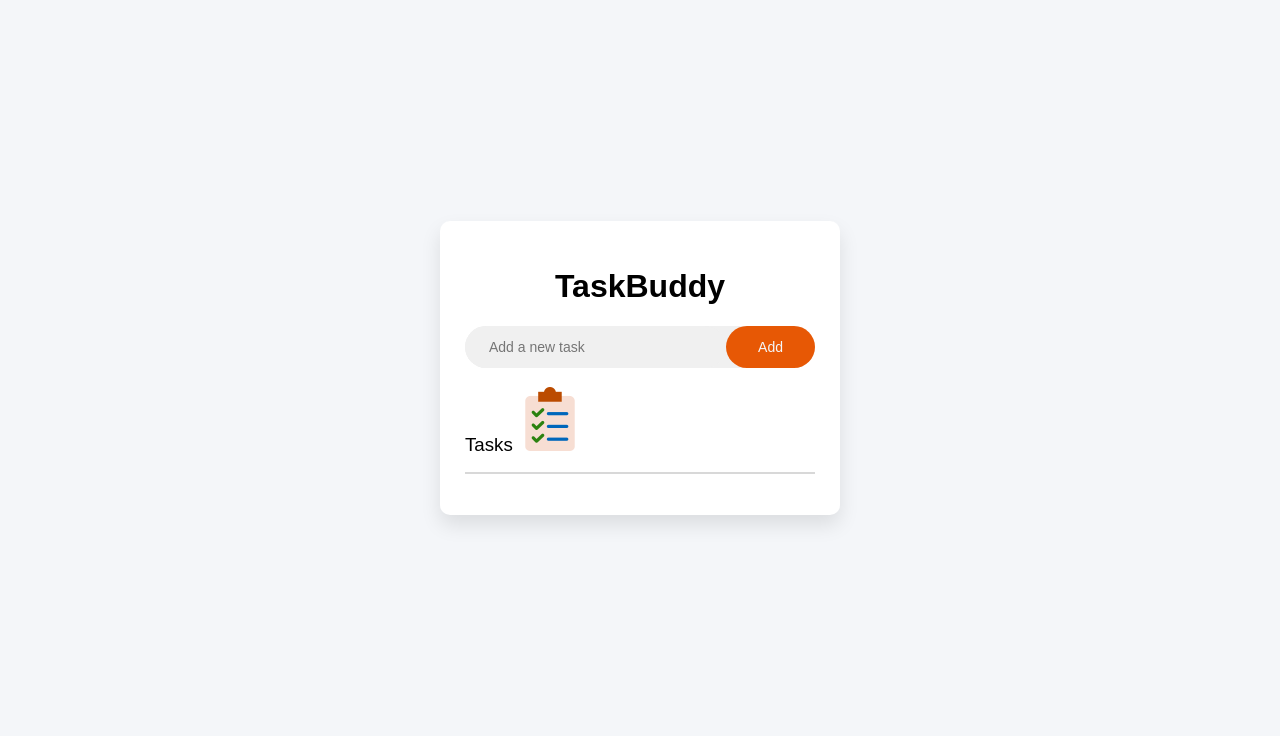
Repository: yogeshnandwani/taskbuddy-todo
Page: index.html
The author's editor kept a copy of each file at every save. The page is drawn from the files as they stood at one save, then again after the next save.
The browser window is 1280 px wide. The pictures show the whole page.

Above is the page before, as saved 2026-03-16 20:21:58.

### index.html
<!DOCTYPE html>
<html lang="en">
<head>
<meta charset="UTF-8">
<title>TaskBuddy</title>
<link rel="stylesheet" href="css/style.css">
</head>

<body>

<div class="app">

<h1>TaskBuddy</h1>

<div class="task-input">
<input type="text" id="taskInput" placeholder="Add a new task">
<button id="addBtn">Add</button>
</div>

<h3 class="task-heading">Tasks <span>
    <img src="images/tasks.png" alt="">
</span></h3>
<ul id="taskList">
</ul>

</div>

<script src="js/script.js"></script>

</body>
</html>

### css/style.css
body{
    font-family: Arial, sans-serif;
    background:#f4f6f9;
    display:flex;
    justify-content:center;
    align-items:center;
    height:100vh;
}

.app{
    background:white;
    padding:25px;
    border-radius:10px;
    width:350px;
    box-shadow:0 10px 20px rgba(0,0,0,0.1);
}

h1{
    text-align:center;
}

.task-input{
    display:flex;
    border-radius: 50px;
    background-color: #f0f0f0;
}

input{
    flex:1;
    padding:8px;
    border: none;
    border-radius: 50px;
    padding: 0.8rem 1.5rem;
    background-color: #f0f0f0;
    font-size: 14px;
}

input:focus{
    outline: none;
}

#addBtn{
    padding:0.8rem 2rem;
    border: none;
    border-radius: 50px;
    background-color: #e75805;
    color: #f4f6f9;
    cursor:pointer;
    font-size: 14px;
}

ul{
    display: flex;
    padding: 0;
    flex-direction: column;
    justify-content: center;
    align-items: center;
    border-top: 1px solid #00000027;
    border-bottom: 1px solid #00000027;
}

.task-heading{
    align-self: flex-start;
    font-weight: 500;
    margin-bottom: 5px;
    color: #000;
}

.task-heading span{
    width: 16px;
}

.task-heading span img{
    width: 64px;
    height: auto;
    object-fit: contain;
}

li{
    display: flex;
    align-items: center;
    padding: 12px 0;
    justify-content: space-between;
    width: 100%;
    display:flex;
    justify-content:space-between;
    color: #333;
}

li:not(:last-child){
    border-bottom: 1px solid #00000027;
}

li .delete {
    width: 1.5rem;
    height: 1.5rem;
    border: none;
    background-color: transparent;
    display: flex;
    align-items: center;
    justify-content: center;
    cursor: pointer;
    border-radius: 50%;
}

li .delete img {
    width: 1.5rem;
    height: auto;
    object-fit: contain;
    border-radius: 50%;
    filter: saturate(0);
    transition: all 0.1s ease-in;
}

li .delete:hover img{
    filter: saturate(1);
}

### js/script.js
const input = document.getElementById("taskInput")
const addBtn = document.getElementById("addBtn")
const list = document.getElementById("taskList")
let tasks = JSON.parse(localStorage.getItem("tasks")) || []

addBtn.addEventListener("click", addTask)

function addTask() {
    const taskText = input.value.trim()

    if (taskText === "") return

    tasks.push(taskText)

    saveTasks()

    input.value = ""
}

function saveTasks(){
    localStorage.setItem("tasks", JSON.stringify(tasks))
    renderTasks()
}

function renderTasks(){
    list.innerHTML = ""

    tasks.forEach(task => {

        const li = document.createElement("li")

        li.innerHTML = `
        <span>${task}</span>
        <button class="delete">
            <img src="images/delete.png" alt="Delete icon">
        </button>
        `

        list.appendChild(li)
    })
}

list.addEventListener("click", function(e){
    const deleteBtn = e.target.closest(".delete")

    if(deleteBtn){

        const index = [...list.children].indexOf(deleteBtn.parentElement)

        tasks.splice(index,1)

        saveTasks()
    }
})

renderTasks()

After the next save:
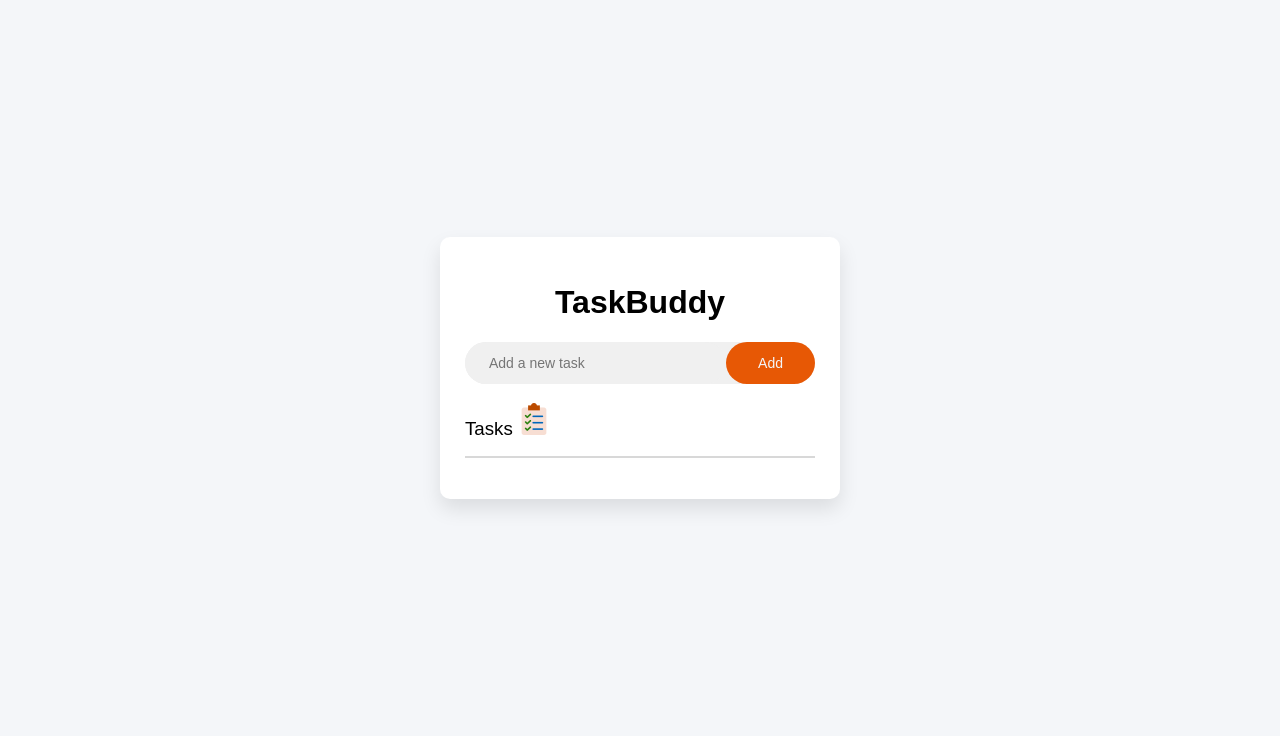
Saved 4 s later.
--- a/css/style.css
+++ b/css/style.css
@@ -71,7 +71,7 @@ ul{
 }
 
 .task-heading span img{
-    width: 64px;
+    width: 2rem;
     height: auto;
     object-fit: contain;
 }
